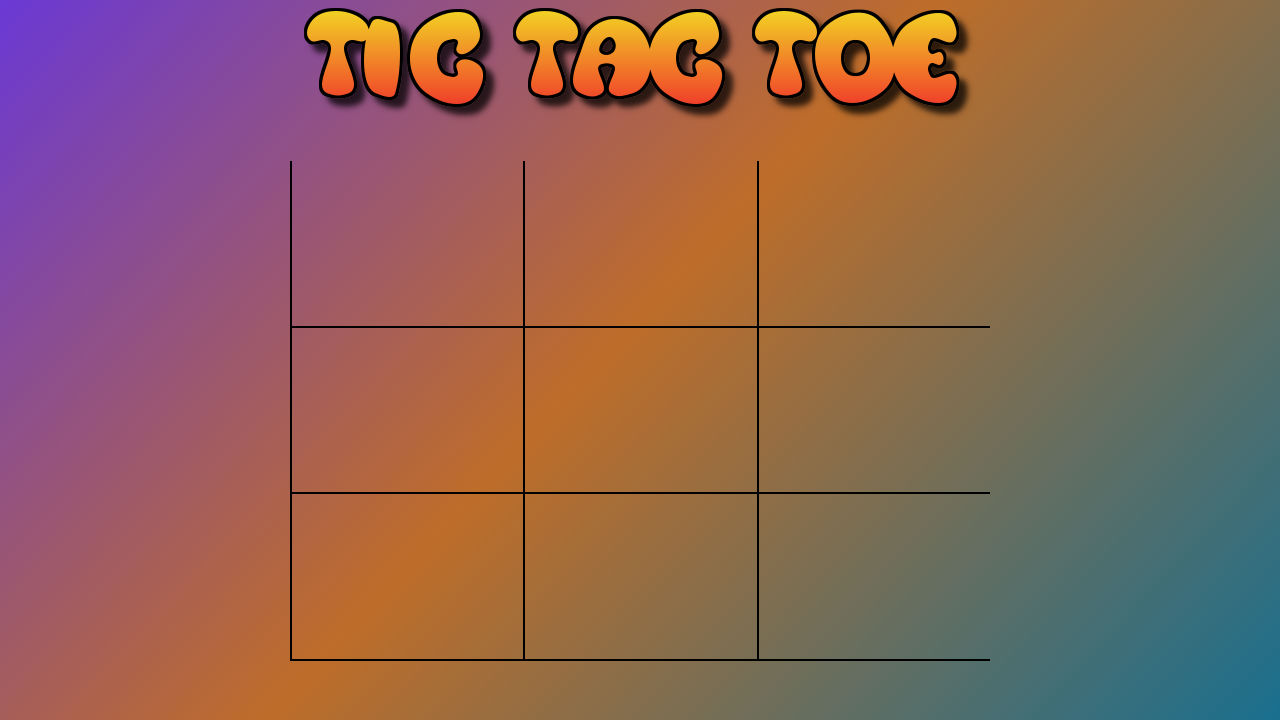
Repository: malx9/Project--5---Tic-Tac-Toe-with-AI
Page: index.html
These files come from the project's save history. The page is drawn as it stood at one moment and after the next save; the edit follows.
The browser window is 1280 px wide. The pictures show the whole page.

Above is the page before, as saved 2023-12-25 17:25:52.

After the next save:
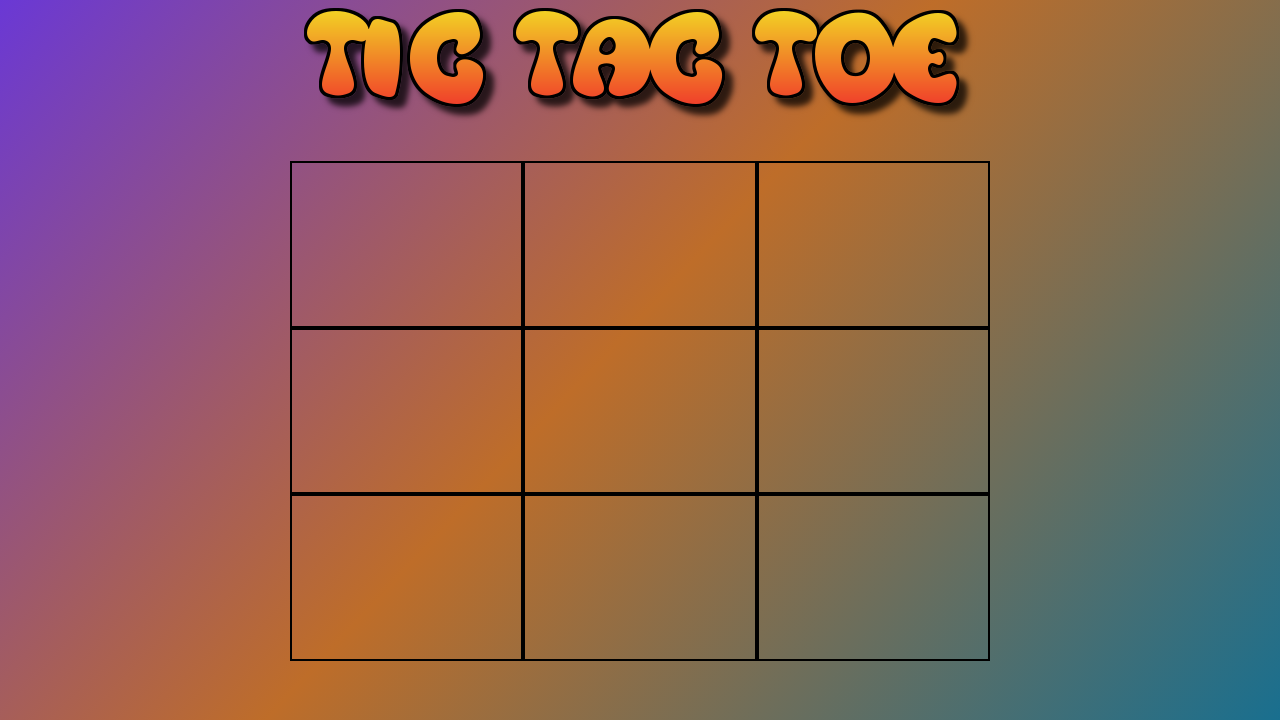
Saved 7 s later.
--- a/styles.css
+++ b/styles.css
@@ -33,8 +33,6 @@ body {
 .square {
   background-color: transparent;
   border: 2px solid #000000;
-  border-top: 0;
-  border-right: 0;
 }
 
 .square-7,
